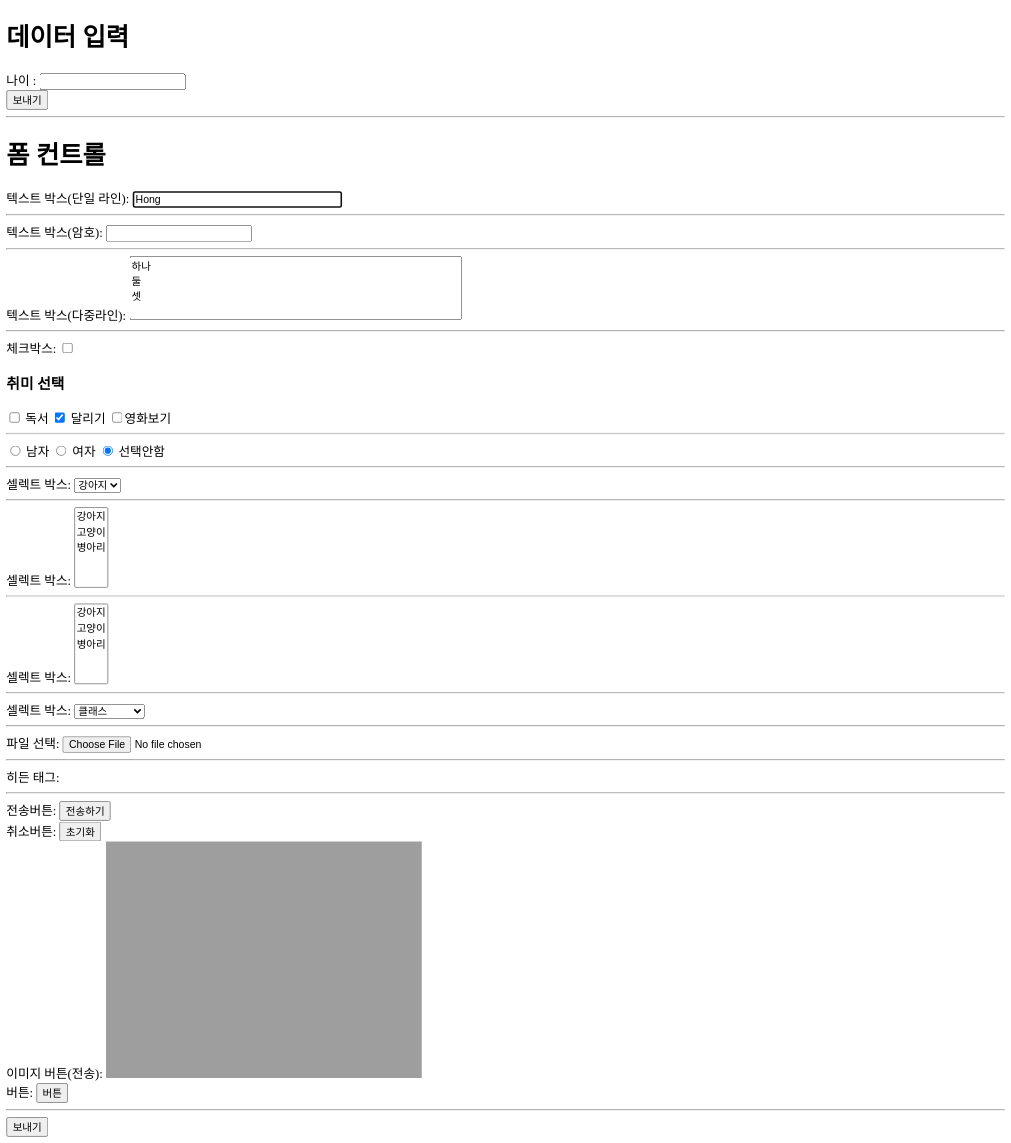
Repository: seula123/Front-End
Page: ClientTest/src/main/webapp/html/ex18_form.html
The author's editor kept a copy of each file at every save. The page is drawn from the files as they stood at one save, then again after the next save.
The browser window is 1280 px wide. The pictures show the whole page, at 79% of full size.
Pictures or frames that could not be fetched are drawn as grey boxes.

Above is the page before, as saved 2023-09-21 07:38:51.

### ClientTest/src/main/webapp/html/ex18_form.html
<!DOCTYPE html>
<html>
<head>
<meta charset="UTF-8">
<title>Insert title here</title>
</head>
<body>
   <!-- ex18_form.html -->

   <!--

      폼, Form
      - 입력 양식, 입력 컨트롤
      - 클라이언트(사용자)로부터 입력장치(키보드, 마우스, 터치 등)을 통해서 데이터를 입력받는 역할
      - 입력 데이터 > 서버로 전송 > 업무 활용 or 데이터베이스 저장 등..
         ex) 텍스트 박스, 버튼, 체크 박스, 라디오 버튼 등..
      - <form> + <form>의 자식 태그들..

      <form>
      - 모든 입력 컨트롤을 감싸는 컨테이너
      - 스스로는 랜더링 결과가 없다.(출력x)
      - 입력한 값을 서버로 전송하는 역할(******)

      form.method
      - 데이터를 전송하는 방식
      - 택배(일반 택배 | 등기 우편)
      1. POST
         - ex18_server.jsp
         - 데이터를 상자안에 담아서 전송
         - 데이터가 노출 되지 않아 보안이 괜찮음
         - 전송하는 데이터의 최대 길이 제한 > 무제한

      2. GET
         - ex18_server.jsp?age=27
         - 데이터를 송장에 붙여서 전송
         - 전송하는 데이터가 주소창에 노출돼서 보안이 좋지 않음
         - 전송하는 데이터의 최대 길이 제한 > 256자 > 8,000 바이트
         - 긴 데이터는 전송X


      form.action
      - 데이터를 수신하는 서버측 URL
      - 받는 사람 주소
      - 서버측 동작하고 있는 프로그램 주소 > JSP, Servlet, Spring 주소

   -->

   <h1>데이터 입력</h1>

   <form method="GET" action="ex18_server.jsp">
      나이 : <input type="text" name="age">
      <br>
      <input type="submit" value="보내기">
   </form>


   <hr>


   <h1>폼 컨트롤</h1>

   <form method="POST" action="ex18_server.jsp">


   <!--
      <input>
      - 인라인 태그
      - 단독 태그
      - input.type: 입력 컨트롤 종류 지정
      - input.name: 식별자. HTML에서 사용. 서버측과 연동할 때 사용
      - input.id : 식별자. CSS, JavaScript에서 사용
      - input.class: 식별자. CSS, JavaScript에서 사용
      - input.size: 길이(문자 개수)
      - input.maxlength: 최대 입력 길이(글자수) + 유효성 검사
      - input.value: 컨트롤의 입력값(현재 입력값)
      - input.readonly: 읽기 전용(전원 ON) > 서버로 전송이 가능
      - input.disabled: 비활성화(전원 OFF) > 서버로 전송이 불가능
      - input.accesskey: 바로가기(Alt + 설정한 키)
      - input.autofocus: 자동 포커스
      - input.autocomplete: 자동 완성 끄기
   -->

      텍스트 박스(단일 라인):
      <input type="text" name="txt1" id="txt1" class="txt" size="30"
       value="Hong" accesskey="s" autofocus autocomplete="off">

   <hr>

   <!--
      암호 상자, Password Box, Masked Text Box
      - 모든 속성이 텍스트 박스와 동일
      - value 속성은 사용 금지!!
   -->

      텍스트 박스(암호):
      <input type="password">

   <hr>

   <!--
      텍스트 박스(다중라인)
      - <textarea> - 쌍태그
      - 대부분의 속성은 텍스트 박스와 유사
      - maxlength 속성이 없다. > 많은 양의 텍스트를 입력받는 컨트롤
      - value 속성이 없다.
      - size 대신 cols, rows로 크기 지정
   -->

   텍스트 박스(다중라인):
   <textarea cols="50" rows="5" style="resize:none;">
하나
둘
셋
   </textarea>

   <hr>

   <!--
      체크박스
      - 논리값 입력 > 선택을 했느냐 안했느냐
   -->
   체크박스:
   <input type="checkbox">

   <h3>취미 선택</h3>
   <input type="checkbox" id="cb1"> <label for="cb1">독서</label>
   <input type="checkbox" id="cb2" checked> <label for="cb2">달리기</label>
   <label><input type="checkbox">영화보기</label>

   <hr>

   <!--
      라디오 버튼
      - 체크 박스와 유사
   -->

   <input type="radio" name="rbGender"> 남자
   <input type="radio" name="rbGender"> 여자
   <input type="radio" name="rbGender" checked> 선택안함


   <hr>

   <!--

      셀렉트 박스
      - 콤보 박스(Combo)
      - 드랍 다운 리스트(DropDown List)
      - 단일 선택 컨트롤
      - 다중 선택 컨트롤도 가능(multiple 옵션)
   -->

   셀렉트 박스:
   <select>
      <option>강아지</option>
      <option>고양이</option>
      <option>병아리</option>
   </select>

   <hr>

   셀렉트 박스:
   <select size="5">
      <option>강아지</option>
      <option>고양이</option>
      <option>병아리</option>
   </select>

   <hr>

   셀렉트 박스:
   <select size="5" multiple>
      <option>강아지</option>
      <option>고양이</option>
      <option>병아리</option>
   </select>

   <hr>

   셀렉트 박스:
   <select>
      <optgroup label="자바">
         <!-- <option>◎자바◎</option> -->
         <option>클래스</option>
         <option>메소드</option>
         <option>배열</option>
      </optgroup>

      <optgroup label="오라클">
         <!-- <option>◎오라클◎</option> -->
         <option>테이블</option>
         <option>서브쿼리</option>
         <option>조인</option>
         <option>프로시저</option>
      </optgroup>

      <optgroup label="HTML">
         <!-- <option>◎HTML◎</option> -->
         <option>태그</option>
         <option>엔티티</option>
         <option>PCDATA</option>
      </optgroup>
   </select>

   <hr>

   <!--
      파일 업로드
      - 첨부 파일
      - 열기 대화 상자(Open File Dialog Box) 호출
   -->

   파일 선택:
   <input type="file">

   <hr>

   <!-- 히든 태그
 	- 눈에 보이지 않음
 	- 개발자용
 	- 서버로 보낼 데이터 > 사용자에게 보이고 싶지 않은 경우
 	- 눈에 안보이는 텍스트 박스
  -->
   히든 태그:
   <input type="hidden" name = "txtName" value = "홍길동">
   <hr>

   <!--

   	버튼ㅇ들

    -->
   전송버튼: <input type = "submit" value="전송하기">
   <br>

   취소버튼: <input type= "reset" value = "초기화">
	<br>


	이미지 버튼(전송):
	<input type = "image" src="images/button.png">
   	<br>
   	버튼: <input type = "button" value="버튼" onclick="this.form.reset();">



   <hr>
   <input type="submit" value="보내기">


   </form>

</body>
</html>

After the next save:
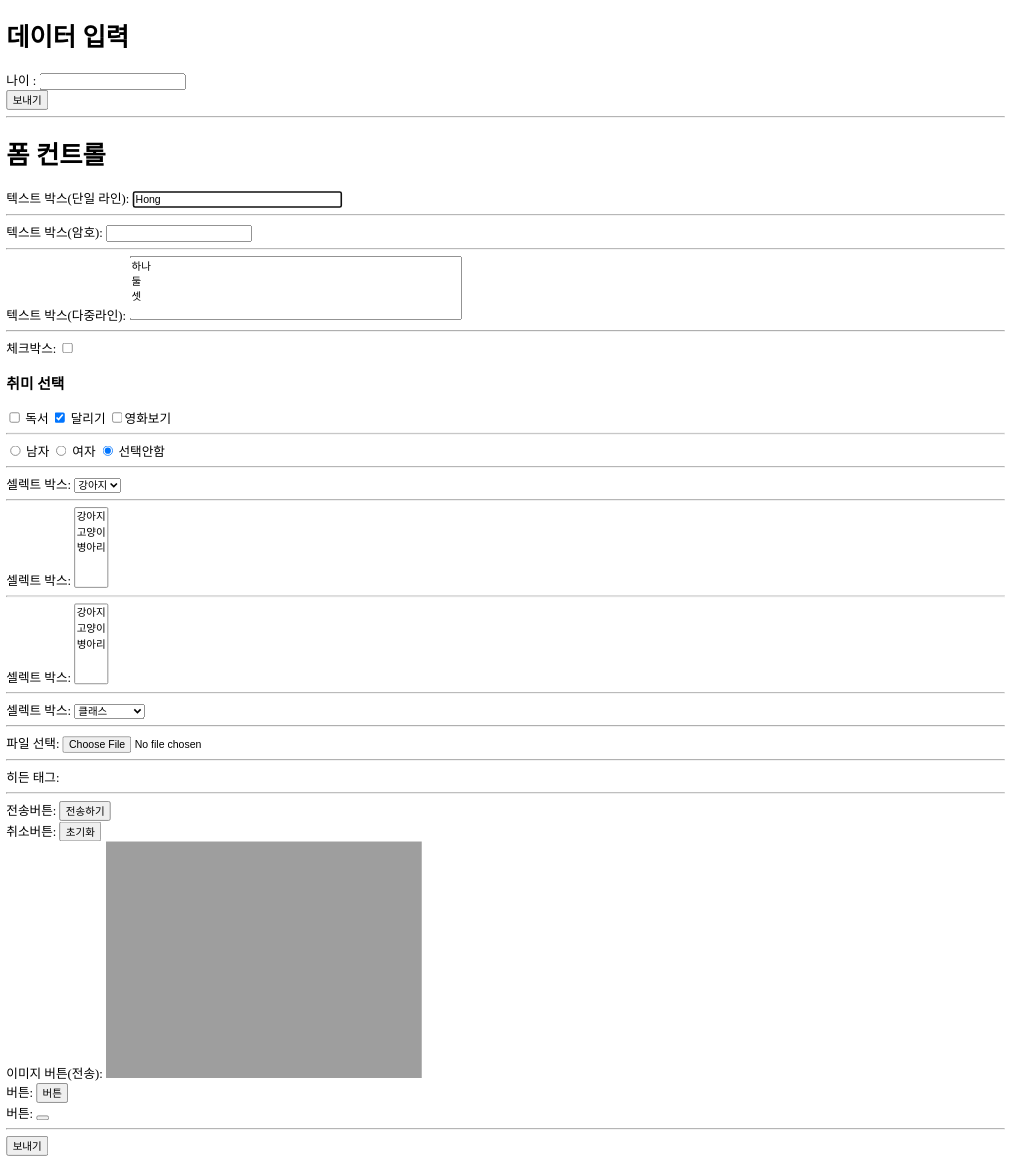
Saved 2 min 10 s later.
--- a/ClientTest/src/main/webapp/html/ex18_form.html
+++ b/ClientTest/src/main/webapp/html/ex18_form.html
@@ -240,7 +240,10 @@
 	이미지 버튼(전송):
 	<input type = "image" src="images/button.png">
    	<br>
-   	버튼: <input type = "button" value="버튼" onclick="this.form.reset();">
+   	버튼: <input type = "button" value="버튼" onclick="location.href='http://naver.com';">
+   	<br>
+
+   	버튼: <button type = "button"></button>
 
 
 
